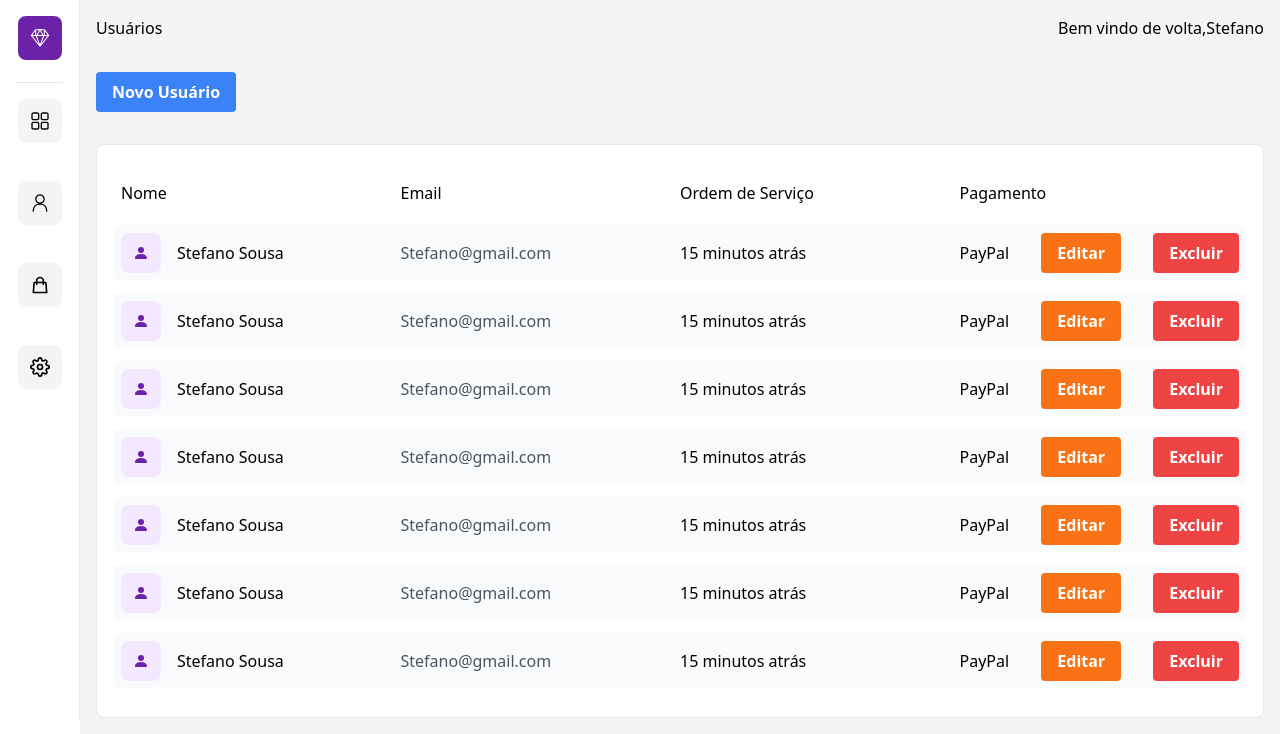
Repository: stefanosousaa/dashboard-next13
Page: /costumers
An editor plug-in stored every save of this project. The page is shown before and after the next save, followed by the edit.
The browser window is 1280 px wide. The pictures show the whole page.
The project was rebuilt for these pictures with package versions that can differ from the ones it lists, and the page was loaded fresh each time. The framework's server and built-in components were replaced by stand-ins that run in the browser. Also part of the build but not shown: next.config.js.

Above is the page before, as saved 2023-05-18 18:11:37.

### pages/_app.js
import Sidebar from '@/components/Sidebar'
import '@/styles/globals.css'

export default function App({ Component, pageProps }) {
  return (
    <Sidebar>
        <Component {...pageProps} />
    </Sidebar>

  )
}

### pages/costumers.jsx
import React from 'react'
import {BsPersonFill, BsThreeDotsVertical} from 'react-icons/bs'
import {data} from '../data/data.js'

const costumers = () => {
  return (
    <div className='bg-gray-100 min-h-screen'>
        <div className='flex justify-between p-4'>
            <h2>Usuários</h2>
            <h2>Bem vindo de volta,Stefano</h2>
        </div>
        <div className='p-4'>
            <button className='bg-blue-500 hover:bg-blue-700 text-white font-bold py-2 px-4 rounded'>Novo Usuário</button>
        </div>
        <div className='p-4'>
            <div className='w-full m-auto p-4 border rounded-lg bg-white overflow-y-auto'>
              <div className='my-3 p-2 grid md:grid-cols-4 sm:grid-cols-3 grid-cols-2 items-center justify-between cursor-pointer'>
                <span>Nome</span>
                <span className='sm:text-left text-right'>Email</span>
                <span className='hidden md:grid'>Ordem de Serviço</span>
                <span className='hidden sm:grid'>Pagamento </span>
              </div>
              <ul>
                {data.map((order,id) => (
                    <li key={id} className='bg-gray-50 hover:bg-gray-100 rounded-lg my-3 p-2 grid md:grid-cols-4 sm:grid-cols-3 grid-cols-2 items-center justify-between cursor-pointer'>
                      <div className='flex items-center'>
                          <div className='bg-purple-100 p-3 rounded-lg'>
                             <BsPersonFill className='text-purple-800'/>
                           </div>
                           <p className='pl-4'>{order.name.first + ' ' + order.name.last}</p>
                      </div>
                      <p className='text-gray-600 sm:text-left text-right'>{order.name.first}@gmail.com</p>
                      <p className='hidden md:flex'>{order.date}</p>
                      <div className='sm:flex hidden justify-between items-center'>
                        <p>{order.method}</p>
                        <button className='bg-orange-500 hover:bg-orange-700 text-white font-bold py-2 px-4 rounded'>Editar</button>
                        <button className='bg-red-500 hover:bg-red-700 text-white font-bold py-2 px-4 rounded'>Excluir</button>
                      </div>
                    </li>
                ))}
              </ul>
            </div>
        </div>
    </div>
  )
}

export default costumers

### components/Sidebar.jsx
import Link from 'next/link'
import Image from 'next/image'
import React from 'react'
import {RxSketchLogo,RxDashboard, RxPerson} from 'react-icons/rx'
import {FiSettings} from 'react-icons/fi'
import {HiOutlineShoppingBag} from 'react-icons/hi'

const Sidebar = ({children}) => {
  return (
    <div className='flex'>
        <div className='fixed w-20 h-screen p-4 bg-white border-r-[1px] flex flex-col justify-between'>
        <div className='flex flex-col items-center'>

          <Link href='/'>
            <div className='bg-purple-800 text-white p-3 rounded-lg inline-block'>
              <RxSketchLogo size={20}/>
            </div>
          </Link>
          <span className='border-b-[1px] border-gray-200 w-full p-2'></span>
          <Link href='/'>
            <div className='bg-gray-100 hover:bg-gray-200 cursor-pointer my-4 p-3 rounded-lg inline-block'>
              <RxDashboard size={20}/>
            </div>
          </Link>
          <Link href='/costumers'>
            <div className='bg-gray-100 hover:bg-gray-200 cursor-pointer my-4 p-3 rounded-lg inline-block'>
              <RxPerson size={20}/>
            </div>
          </Link>
          <Link href='/orders'>
            <div className='bg-gray-100 hover:bg-gray-200 cursor-pointer my-4 p-3 rounded-lg inline-block'>
              <HiOutlineShoppingBag size={20}/>
            </div>
          </Link>
          <Link href='/'>
            <div className='bg-gray-100 hover:bg-gray-200 cursor-pointer my-4 p-3 rounded-lg inline-block'>
              <FiSettings size={20}/>
            </div>
          </Link>
        </div>
        </div>

        <main className='ml-20 w-full'>{children}</main>
    </div>
  )
}

export default Sidebar

### data/data.js
export const data = [
    {
        id:1,
        name: {
            first: 'Stefano',
            last: 'Sousa',
        },
        total: 2147.00,
        status: 'On Hold',
        method: 'PayPal',
        date: '15 minutos atrás',
    },
    {
        id:2,
        name: {
            first: 'Stefano',
            last: 'Sousa',
        },
        total: 2147.00,
        status: 'On Hold',
        method: 'PayPal',
        date: '15 minutos atrás',
    },
    {
        id:3,
        name: {
            first: 'Stefano',
            last: 'Sousa',
        },
        total: 2147.00,
        status: 'On Hold',
        method: 'PayPal',
        date: '15 minutos atrás',
    },
    {
        id:4,
        name: {
            first: 'Stefano',
            last: 'Sousa',
        },
        total: 2147.00,
        status: 'On Hold',
        method: 'PayPal',
        date: '15 minutos atrás',
    },
    {
        id:5,
        name: {
            first: 'Stefano',
            last: 'Sousa',
        },
        total: 2147.00,
        status: 'On Hold',
        method: 'PayPal',
        date: '15 minutos atrás',
    },
    {
        id:6,
        name: {
            first: 'Stefano',
            last: 'Sousa',
        },
        total: 2147.00,
        status: 'On Hold',
        method: 'PayPal',
        date: '15 minutos atrás',
    },
    {
        id:7,
        name: {
            first: 'Stefano',
            last: 'Sousa',
        },
        total: 2147.00,
        status: 'On Hold',
        method: 'PayPal',
        date: '15 minutos atrás',
    },
]

Loaded but not shown: pages/_document.js (common file); styles/globals.css (common file); tailwind.config.js (common file)

After the next save:
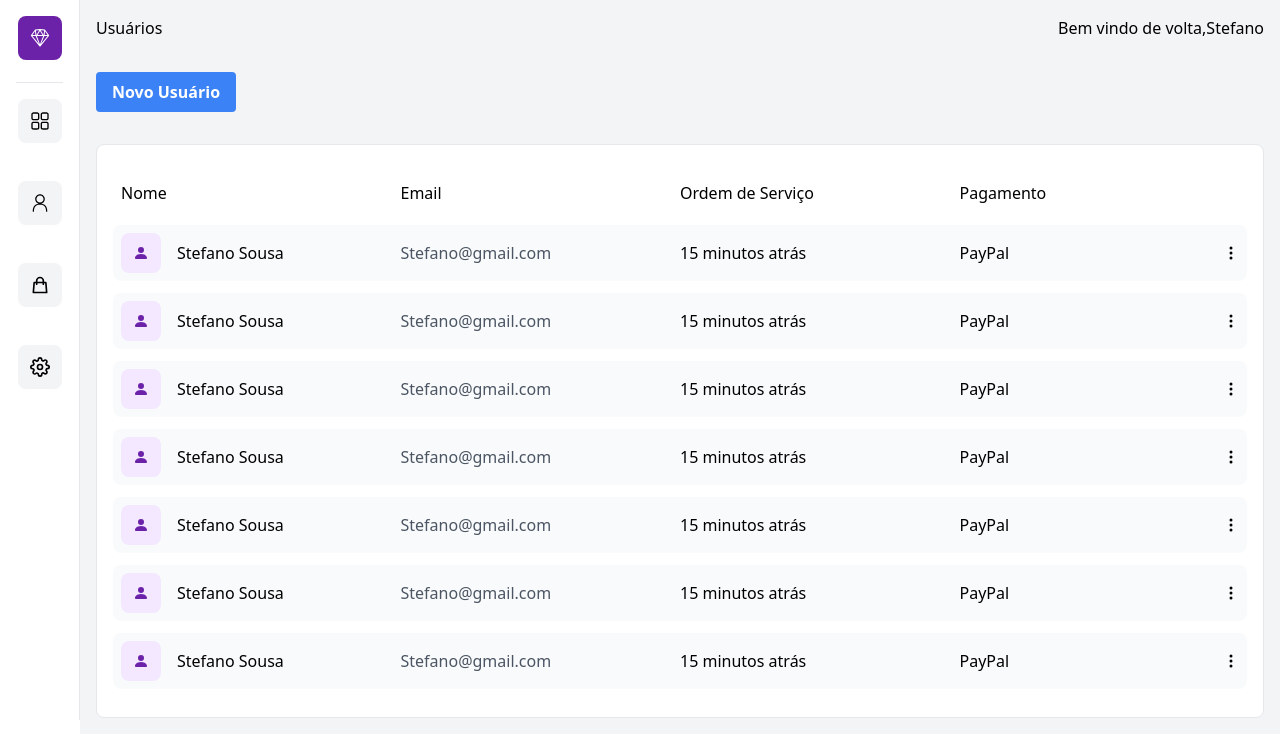
Saved 23 s later.
--- a/pages/costumers.jsx
+++ b/pages/costumers.jsx
@@ -33,8 +33,7 @@ const costumers = () => {
                       <p className='hidden md:flex'>{order.date}</p>
                       <div className='sm:flex hidden justify-between items-center'>
                         <p>{order.method}</p>
-                        <button className='bg-orange-500 hover:bg-orange-700 text-white font-bold py-2 px-4 rounded'>Editar</button>
-                        <button className='bg-red-500 hover:bg-red-700 text-white font-bold py-2 px-4 rounded'>Excluir</button>
+                        <BsThreeDotsVertical/>
                       </div>
                     </li>
                 ))}
